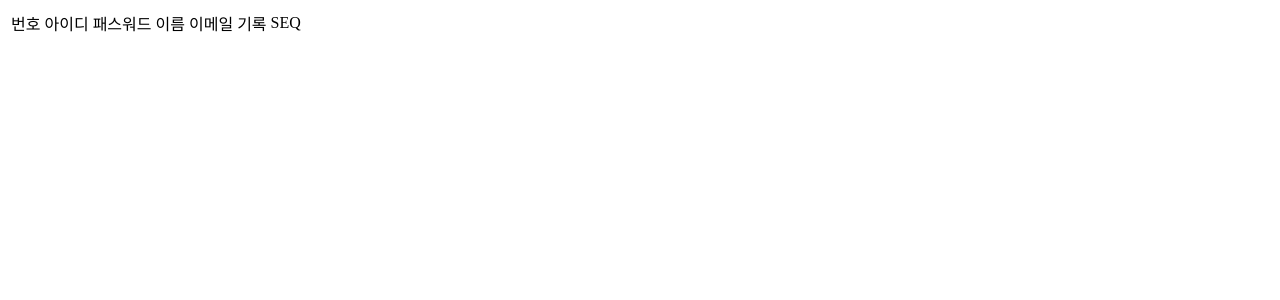
Repository: JungYOsup/Mini_project
Page: http://localhost/EsCape_Room/board_form.jsp
These files come from the project's save history. The page is drawn as it stood at one moment and after a run of saves; the edit follows.
The browser window is 1280 px wide. The pictures show the whole page.
The page is served by Tomcat 9.

Above is the page before, as saved 2018-01-15 09:16:15.

After the next 3 saves:
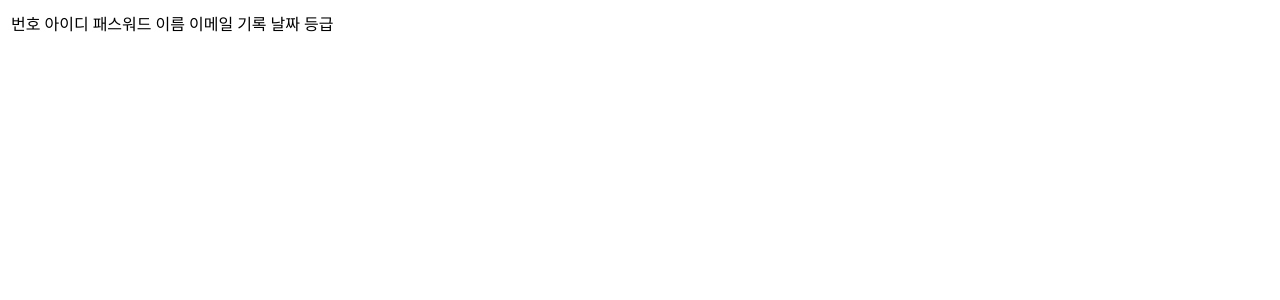
The 3 saves are shown as one change because they came seconds apart.
The last was saved 21 s later.
--- a/EsCape_Room/WebContent/board_form.jsp
+++ b/EsCape_Room/WebContent/board_form.jsp
@@ -23,8 +23,8 @@
 		<td>이름</td>
 		<td>이메일</td>
 		<td>기록</td>
-		<td>SEQ</td>
-
+		<td>날짜</td>
+		<td>등급</td>
 	</tr>
 
 
